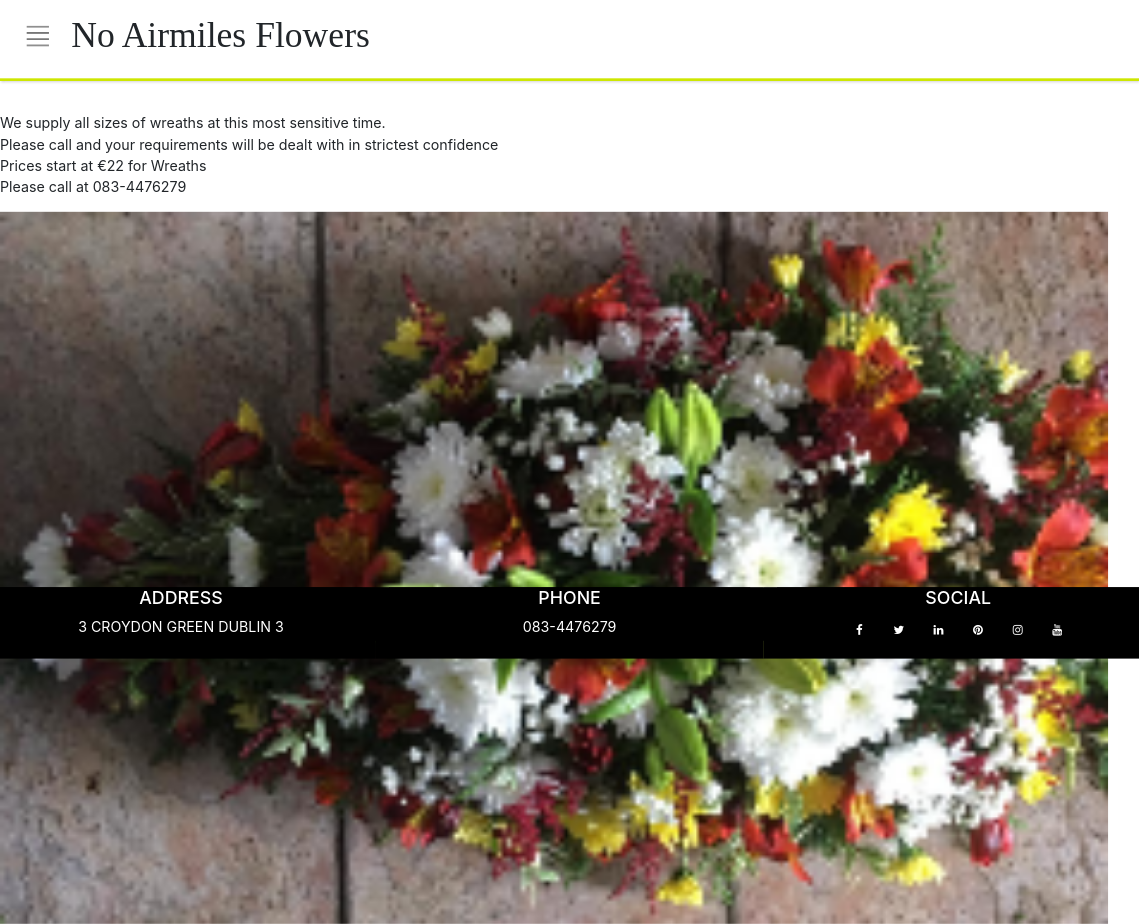
Repository: ConorTC1990/Flowers
Page: wreaths.html
The author's editor kept a record of every edit. The page is drawn from the files as they stood at one moment, then again after the next edit.
The browser window is 1280 px wide. The pictures show the whole page, at 89% of full size.
Some web libraries are served in a nearby version.

Above is the page before.

### wreaths.html
<!DOCTYPE html>
<html lang="en">

<head>
    <meta charset="UTF-8">
    <meta name="viewport" content="width=device-width, initial-scale=1.0">
    <meta http-equiv="X-UA-Compatible" content="ie=edge">
    <link rel="stylesheet" href="https://maxcdn.bootstrapcdn.com/bootstrap/4.2.1/css/bootstrap.min.css" type="text/css" />
    <link rel="stylesheet" href="https://maxcdn.bootstrapcdn.com/font-awesome/4.7.0/css/font-awesome.min.css" type="text/css" />
    <link rel="stylesheet" href="https://cdnjs.cloudflare.com/ajax/libs/hover.css/2.1.1/css/hover-min.css" type="text/css" />
    <link rel="stylesheet" href="assets/css/style.css">
    <title>South-East Flowers</title>
</head>
<body>
<div>
 <div class="collapsible-menu">
            <input type="checkbox" id="menu">
            <label for="menu">No Airmiles Flowers</label>
            <div class="menu-content">
                <ul>
                    <li><a href="index.html">Home</a></li>
                    <li><a href="weddings.html">Weddings</a></li>
                    <li><a href="wreaths.html">Wreaths and Funerals</a></li>
                    <li><a href="contactform.html">Contact</a></li>

                </ul>
            </div>

        </div>
        </div>










       <div class="videoclass2wreaths">

		        <ul>
		            <li> We supply all sizes of wreaths at this most sensitive time.</li>
		            <li> We can provide custom wreaths for all memorial services</li>
		            <li>Prices start at €22 for Wreaths </li>
		            <li>Please call us at 083-4476279</li>
		            <li><a href="contactform.html">Contact</a></li>
		        </ul>

		</div>

<div class="infowreaths">
		<ul>
		  <li> We supply all sizes of wreaths at this most sensitive time.</li>
		  <li> Please call and your requirements will be dealt with in strictest confidence</li>
		  <li>Prices start at €22 for Wreaths</li>
		  <li>Please call at 083-4476279</li>
		</ul>
		<div class="WreathsBackground"></div>

<footer class="container-fluid wreathfooter1">
        <div id="footer-details" class="row">
            <div class="col-sm-4">
                <h5 class="uppercase general-sub">Address</h5>
                <p class="inline-block">
                    3 Croydon Green
                    Dublin 3
                </p>
            </div>
            <div class="col-sm-4">
                <h5 class="uppercase general-sub">Phone</h5>
                <p class="inline-block">
                    083-4476279


                </p>
            </div>
            <div class="col-sm-4">
                <h5 class="uppercase general-sub">Social</h5>
                <ul class="list-inline social-links">
                    <li class="list-inline-item">
                        <a target="_blank" href="#">
                            <i class="fa fa-facebook" aria-hidden="true"></i>
                            <span class="sr-only">Facebook</span>
                        </a>
                    </li>
                    <li class="list-inline-item">
                        <a target="_blank" href="#">
                            <i class="fa fa-twitter" aria-hidden="true"></i>
                            <span class="sr-only">Twitter</span>
                        </a>
                    </li>
                    <li class="list-inline-item">
                        <a target="_blank" href="#">
                            <i class="fa fa-linkedin" aria-hidden="true"></i>
                            <span class="sr-only">LinkedIn</span>
                        </a>
                    </li>
                    <li class="list-inline-item">
                        <a target="_blank" href="#">
                            <i class="fa fa-pinterest" aria-hidden="true"></i>
                            <span class="sr-only">Pinterest</span>
                        </a>
                    </li>
                    <li class="list-inline-item">
                        <a target="_blank" href="#">
                            <i class="fa fa-instagram" aria-hidden="true"></i>
                            <span class="sr-only">Instagram</span>
                        </a>
                    </li>
                    <li class="list-inline-item">
                        <a target="_blank" href="#">
                            <i class="fa fa-youtube" aria-hidden="true"></i>
                            <span class="sr-only">YouTube</span>
                        </a>
                    </li>
                </ul>
            </div>
        </div>


</footer>

</body>

</html>

Loaded but not shown: assets/css/style.css (1091 lines, source omitted)

After the next edit:
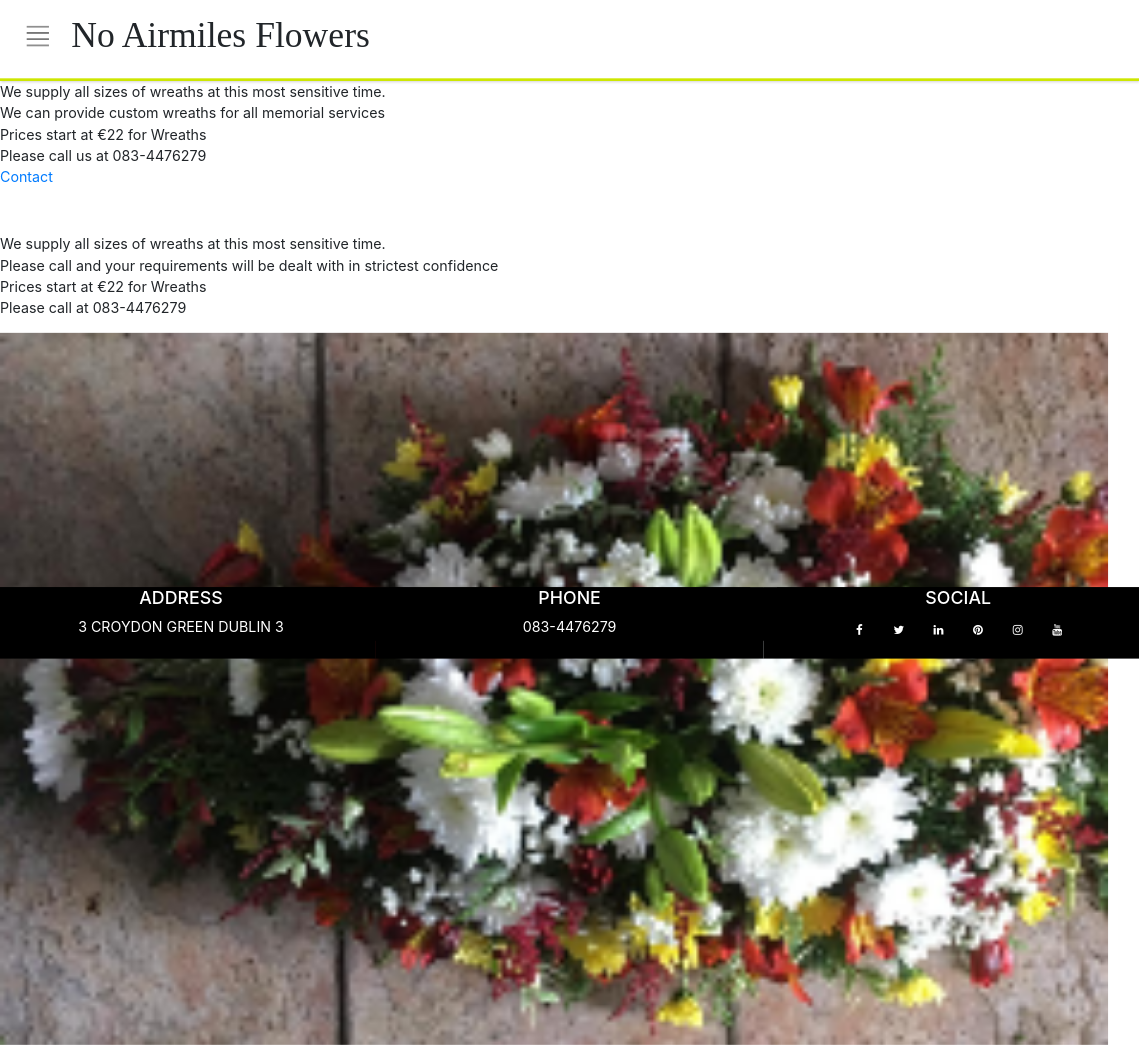
The edit:
--- a/wreaths.html
+++ b/wreaths.html
@@ -38,7 +38,7 @@
 
 
 
-       <div class="videoclass2wreaths">
+       <div class="videoclass2wreaths"></div>
 
 		        <ul>
 		            <li> We supply all sizes of wreaths at this most sensitive time.</li>

After the edit that followed:
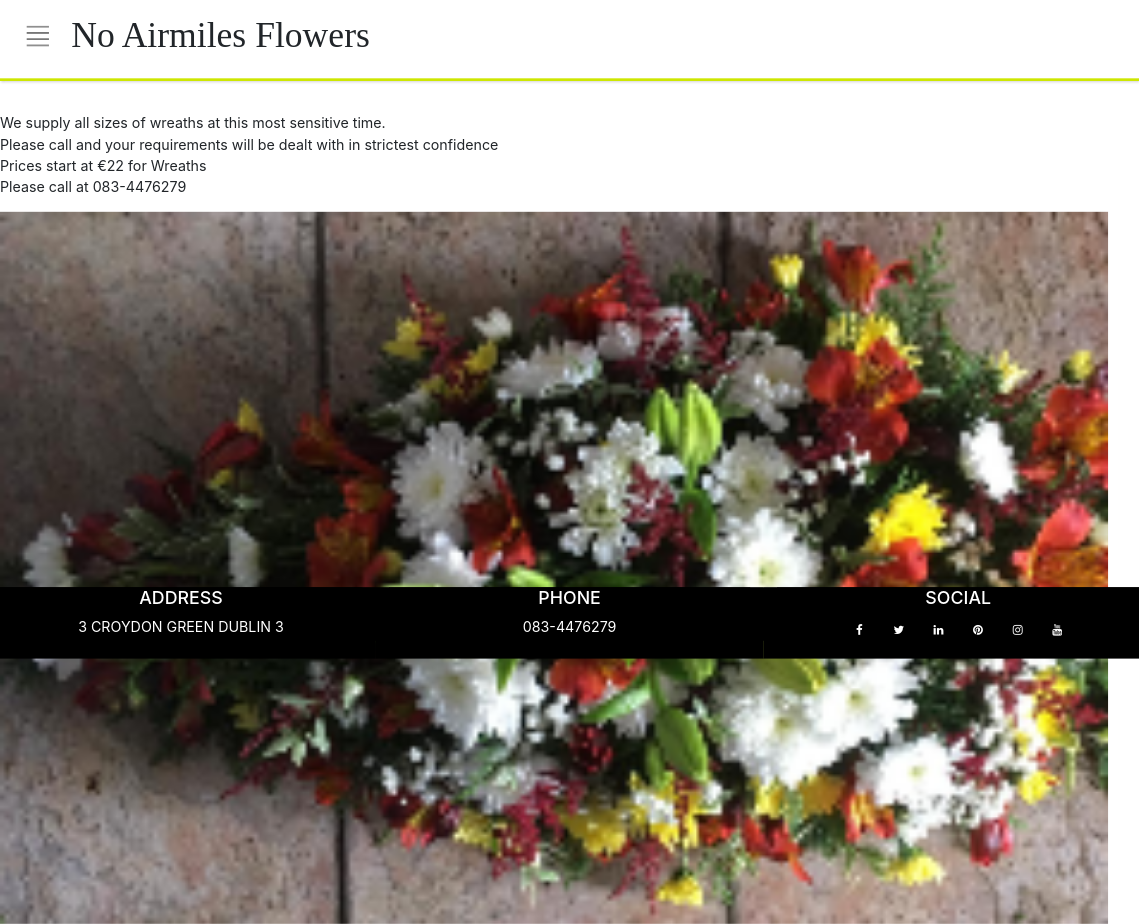
The edit:
--- a/wreaths.html
+++ b/wreaths.html
@@ -40,13 +40,7 @@
 
        <div class="videoclass2wreaths"></div>
 
-		        <ul>
-		            <li> We supply all sizes of wreaths at this most sensitive time.</li>
-		            <li> We can provide custom wreaths for all memorial services</li>
-		            <li>Prices start at €22 for Wreaths </li>
-		            <li>Please call us at 083-4476279</li>
-		            <li><a href="contactform.html">Contact</a></li>
-		        </ul>
+
 
 		</div>
 
